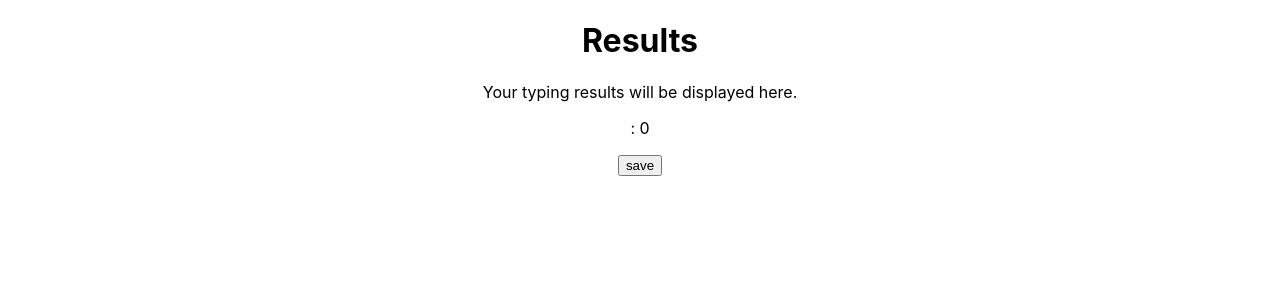
Repository: abhaysharma20233009/swiftKey
Page: /results (app in frontend/my-app/)
These files come from the project's save history. The page is drawn as it stood at one moment and after the next save; the edit follows.
The browser window is 1280 px wide. The pictures show the whole page.
The page's requests for data from a server got no answer. The project was rebuilt for these pictures with package versions that can differ from the ones it lists, and the page was loaded fresh each time. No one was signed in, and anything a server would have sent is missing. Also part of the build but not shown: frontend/my-app/src/Swifts.js, frontend/my-app/src/Login.js.

Above is the page before, as saved 2024-10-10 14:04:48.

### frontend/my-app/src/App.js
//App.js

import './App.css';
import React from 'react';
import { BrowserRouter as Router, Route, Routes } from 'react-router-dom';
import Swift from './Swifts';
import Results from './Results';
import Login from './Login';
const App = () => {
    return (
        <Router>
			<div className="App">
            <Routes>
                <Route path="/" element={<Swift />} />
                <Route path="/results" element={<Results />} />
                <Route path="/login" element={<Login />} />
            </Routes>
			</div>
        </Router>
    );
};

export default App;

### frontend/my-app/src/Results.js
import React ,{useState}from 'react';
import { useLocation } from 'react-router-dom';

function Results() {
    const [info,setInfo]=useState([]);
    const location = useLocation();
    const word_typed= location.state?.currentWordIndex || 0; // Get currentWordIndex from state
    const username =location.state?.username||'';
    const fetchUser = async () => {
        try {
           const response= await fetch('http://localhost:7000/update_info');
           const data=await response.json();
           setInfo(data);

        } catch (error) {
            console.error('Error fetching info:', error);
        }
    };
    const fun=async ()=>{
        try {

            const response = await fetch('http://localhost:7000/check-user', {
                method: 'POST',
                headers: {
                    'Content-Type': 'application/json',
                },
                body: JSON.stringify({username}),
            });

            if (response.ok) {
              try{
                  await fetch('http://localhost:7000/update_info', {
                method: 'POST',
                headers: {
                    'Content-Type': 'application/json',
                },
                body: JSON.stringify({ username,word_typed}),
            });
            await fetchUser();
        }catch(error){
            console.error(error);
        }
            }


        } catch (error) {
            console.error('Error login:', error);
        }
    }


    return (
        <div style={{ textAlign: 'center', marginTop: '20px' }}>
            		<ul>
                    {info.map((msg) => (
                        <li key={msg._id}>
                            <strong>{msg.username}:</strong>{msg.word_typed}

                        </li>
                    ))}
                </ul>
            <h1>Results</h1>
            <p>Your typing results will be displayed here.</p>
            <p>{username}: {word_typed}</p>
            <button onClick={fun}>save</button>
        </div>
    );
}

export default Results;

Loaded but not shown: frontend/my-app/public/index.html (common file); frontend/my-app/src/index.js (common file); frontend/my-app/src/index.css (common file); frontend/my-app/src/reportWebVitals.js (common file); frontend/my-app/src/App.css (common file)

After the next save:
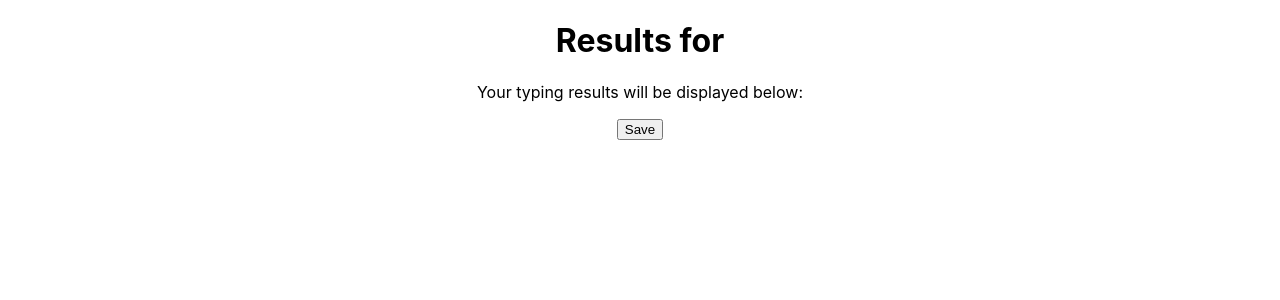
Saved 4 min 16 s later.
--- a/frontend/my-app/src/Results.js
+++ b/frontend/my-app/src/Results.js
@@ -1,68 +1,70 @@
-import React ,{useState}from 'react';
+import React, { useState, useEffect } from 'react';
 import { useLocation } from 'react-router-dom';
 
 function Results() {
-    const [info,setInfo]=useState([]);
+    const [info, setInfo] = useState([]);
     const location = useLocation();
-    const word_typed= location.state?.currentWordIndex || 0; // Get currentWordIndex from state
-    const username =location.state?.username||'';
+    const word_typed = location.state?.currentWordIndex || 0; // Get currentWordIndex from state
+    const username = location.state?.username || '';
+
     const fetchUser = async () => {
         try {
-           const response= await fetch('http://localhost:7000/update_info');
-           const data=await response.json();
-           setInfo(data);
-
+            const response = await fetch('http://localhost:7000/update_info');
+            const data = await response.json();
+            // Filter data for the specific user
+            const userData = data.filter((msg) => msg.username === username);
+            setInfo(userData);
         } catch (error) {
             console.error('Error fetching info:', error);
         }
     };
-    const fun=async ()=>{
+
+    const fun = async () => {
         try {
-
             const response = await fetch('http://localhost:7000/check-user', {
                 method: 'POST',
                 headers: {
                     'Content-Type': 'application/json',
                 },
-                body: JSON.stringify({username}),
+                body: JSON.stringify({ username }),
             });
 
             if (response.ok) {
-              try{
-                  await fetch('http://localhost:7000/update_info', {
-                method: 'POST',
-                headers: {
-                    'Content-Type': 'application/json',
-                },
-                body: JSON.stringify({ username,word_typed}),
-            });
-            await fetchUser();
-        }catch(error){
-            console.error(error);
+                try {
+                    await fetch('http://localhost:7000/update_info', {
+                        method: 'POST',
+                        headers: {
+                            'Content-Type': 'application/json',
+                        },
+                        body: JSON.stringify({ username, word_typed }),
+                    });
+                    await fetchUser(); // Fetch updated user data
+                } catch (error) {
+                    console.error(error);
+                }
+            }
+        } catch (error) {
+            console.error('Error checking user:', error);
         }
-            }
+    };
 
-
-        } catch (error) {
-            console.error('Error login:', error);
-        }
-    }
-
+    // Fetch user data on component mount
+    useEffect(() => {
+        fetchUser();
+    }, []);
 
     return (
         <div style={{ textAlign: 'center', marginTop: '20px' }}>
-            		<ul>
-                    {info.map((msg) => (
-                        <li key={msg._id}>
-                            <strong>{msg.username}:</strong>{msg.word_typed}
-
-                        </li>
-                    ))}
-                </ul>
-            <h1>Results</h1>
-            <p>Your typing results will be displayed here.</p>
-            <p>{username}: {word_typed}</p>
-            <button onClick={fun}>save</button>
+            <h1>Results for {username}</h1> {/* Display username here */}
+            <p>Your typing results will be displayed below:</p>
+            <ul>
+                {info.map((msg) => (
+                    <li key={msg._id}>
+                        <strong>{msg.word_typed}</strong> {/* Display words typed */}
+                    </li>
+                ))}
+            </ul>
+            <button onClick={fun}>Save</button>
         </div>
     );
 }
